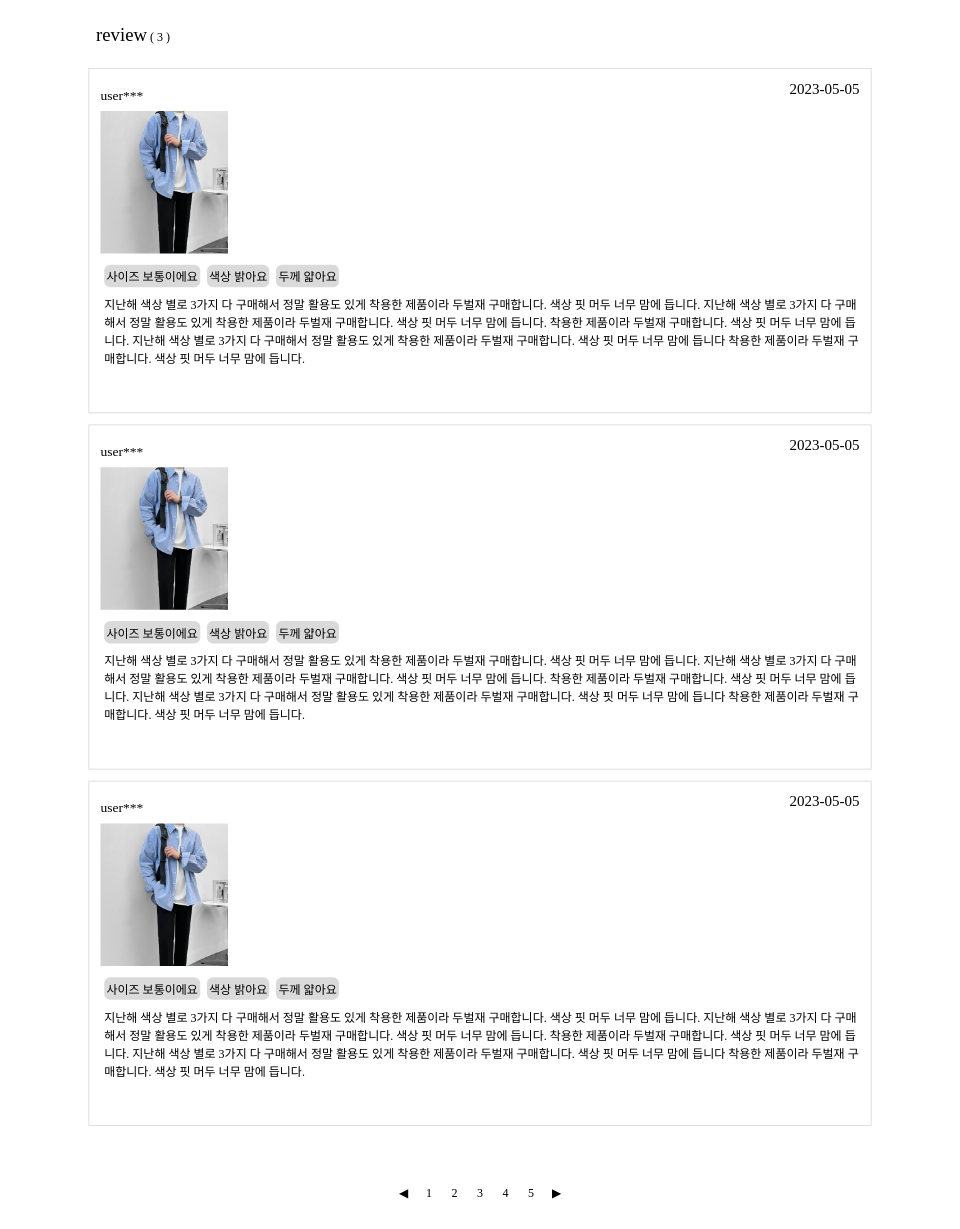
Repository: mcw9503/PassionForFashion
Page: Semi_Project/src/main/webapp/WEB-INF/reviewBoard.html
An editor plug-in stored every save of this project. The page is shown before and after the next save, followed by the edit.
The browser window is 1280 px wide. The pictures show the whole page, at 75% of full size.

Above is the page before, as saved 2023-05-08 13:53:19.

### Semi_Project/src/main/webapp/WEB-INF/reviewBoard.html
<!DOCTYPE html>
<html>
<head>
<meta charset="UTF-8">
<title>Insert title here</title>
</head>
<body>

<style>

.reviewComment {
	display: inline-block;
	background: rgb(218, 218, 218);
	border-radius: 8px;
	padding: 3px;
	color: black;
	margin-left: 5px;
}

#Paging{
 margin: auto;
 width: 100%;
 height: 50px;
 margin-top: 80px;
 text-align: center;


}

#Paging div{
 width: 30px;
 margin: auto;
 text-align: center;
 display: inline-block;
}

</style>


		<h3 style="display: inline-block; font-size: 25px; font-weight: 200; margin-left: 120px;">review</h3>
		( <span>3</span> )
	<div class="reviewWrap"
		style="margin-left: 110px; margin-right: 110px; margin-top: 5px; margin-bottom: 15px;">
		<div class="textbox" style="border: 1px solid lightgray; padding: 15px;">
			<div>
				<div class="nickName"
					style="font-size: 18px; margin-top: 10px; margin-bottom: 10px; display: inline-block; font-weight: 400;">user***</div>
				<span style="float: right; font-size: 20px; font-weight: 200;">2023-05-05</span>
			</div>
			<img src="img/review.jpg" alt=""
				style="width: 170px; height: 190px; display: inline-block; float: left; margin-bottom: 15px" />

			<div style="display: inline-block; width: 100%; margin-bottom: 30px;">
				<span class="reviewComment" style="font-weight: 400;">사이즈 보통이에요</span>
				<span class="reviewComment" style="font-weight: 400;">색상 밝아요</span>
				<span class="reviewComment" style="font-weight: 400;">두께 얇아요</span>

				<p style="margin-left: 5px; margin-top: 10px; font-weight: 200;">지난해 색상 별로 3가지 다
					구매해서 정말 활용도 있게 착용한 제품이라 두벌재 구매합니다. 색상 핏 머두 너무 맘에 듭니다. 지난해 색상 별로 3가지
					다 구매해서 정말 활용도 있게 착용한 제품이라 두벌재 구매합니다. 색상 핏 머두 너무 맘에 듭니다. 착용한 제품이라
					두벌재 구매합니다. 색상 핏 머두 너무 맘에 듭니다. 지난해 색상 별로 3가지 다 구매해서 정말 활용도 있게 착용한
					제품이라 두벌재 구매합니다. 색상 핏 머두 너무 맘에 듭니다 착용한 제품이라 두벌재 구매합니다. 색상 핏 머두 너무 맘에
					듭니다.</p>
			</div>
		</div>
	</div>

	<div class="reviewWrap"
		style="margin-left: 110px; margin-right: 110px; margin-top: 5px; margin-bottom: 15px;">
		<div class="textbox" style="border: 1px solid lightgray; padding: 15px;">
			<div>
				<div class="nickName"
					style="font-size: 18px; margin-top: 10px; margin-bottom: 10px; display: inline-block; font-weight: 400;">user***</div>
				<span style="float: right; font-size: 20px; font-weight: 200;">2023-05-05</span>
			</div>
			<img src="img/review.jpg" alt=""
				style="width: 170px; height: 190px; display: inline-block; float: left; margin-bottom: 15px" />

			<div style="display: inline-block; width: 100%; margin-bottom: 30px;">
				<span class="reviewComment" style="font-weight: 400;">사이즈 보통이에요</span>
				<span class="reviewComment" style="font-weight: 400;">색상 밝아요</span>
				<span class="reviewComment" style="font-weight: 400;">두께 얇아요</span>

				<p style="margin-left: 5px; margin-top: 10px; font-weight: 200;">지난해 색상 별로 3가지 다
					구매해서 정말 활용도 있게 착용한 제품이라 두벌재 구매합니다. 색상 핏 머두 너무 맘에 듭니다. 지난해 색상 별로 3가지
					다 구매해서 정말 활용도 있게 착용한 제품이라 두벌재 구매합니다. 색상 핏 머두 너무 맘에 듭니다. 착용한 제품이라
					두벌재 구매합니다. 색상 핏 머두 너무 맘에 듭니다. 지난해 색상 별로 3가지 다 구매해서 정말 활용도 있게 착용한
					제품이라 두벌재 구매합니다. 색상 핏 머두 너무 맘에 듭니다 착용한 제품이라 두벌재 구매합니다. 색상 핏 머두 너무 맘에
					듭니다.</p>
			</div>
		</div>
	</div>


	<div class="reviewWrap"
		style="margin-left: 110px; margin-right: 110px; margin-top: 5px; margin-bottom: 15px;">
		<div class="textbox" style="border: 1px solid lightgray; padding: 15px;">
			<div>
				<div class="nickName"
					style="font-size: 18px; margin-top: 10px; margin-bottom: 10px; display: inline-block; font-weight: 400;">user***</div>
				<span style="float: right; font-size: 20px; font-weight: 200;">2023-05-05</span>
			</div>
			<img src="img/review.jpg" alt=""
				style="width: 170px; height: 190px; display: inline-block; float: left; margin-bottom: 15px" />

			<div style="display: inline-block; width: 100%; margin-bottom: 30px;">
				<span class="reviewComment" style="font-weight: 400;">사이즈 보통이에요</span>
				<span class="reviewComment" style="font-weight: 400;">색상 밝아요</span>
				<span class="reviewComment" style="font-weight: 400;">두께 얇아요</span>

				<p style="margin-left: 5px; margin-top: 10px; font-weight: 200;">지난해 색상 별로 3가지 다
					구매해서 정말 활용도 있게 착용한 제품이라 두벌재 구매합니다. 색상 핏 머두 너무 맘에 듭니다. 지난해 색상 별로 3가지
					다 구매해서 정말 활용도 있게 착용한 제품이라 두벌재 구매합니다. 색상 핏 머두 너무 맘에 듭니다. 착용한 제품이라
					두벌재 구매합니다. 색상 핏 머두 너무 맘에 듭니다. 지난해 색상 별로 3가지 다 구매해서 정말 활용도 있게 착용한
					제품이라 두벌재 구매합니다. 색상 핏 머두 너무 맘에 듭니다 착용한 제품이라 두벌재 구매합니다. 색상 핏 머두 너무 맘에
					듭니다.</p>
			</div>
		</div>
	</div>

			<div id="Paging">
	                    <div class="prev">◀</div>
	                    <div>1</div>
	                    <div>2</div>
	                    <div>3</div>
	                    <div>4</div>
	                    <div>5</div>
	                    <div class="next">▶</div>
                </div>




</body>
</html>

After the next save:
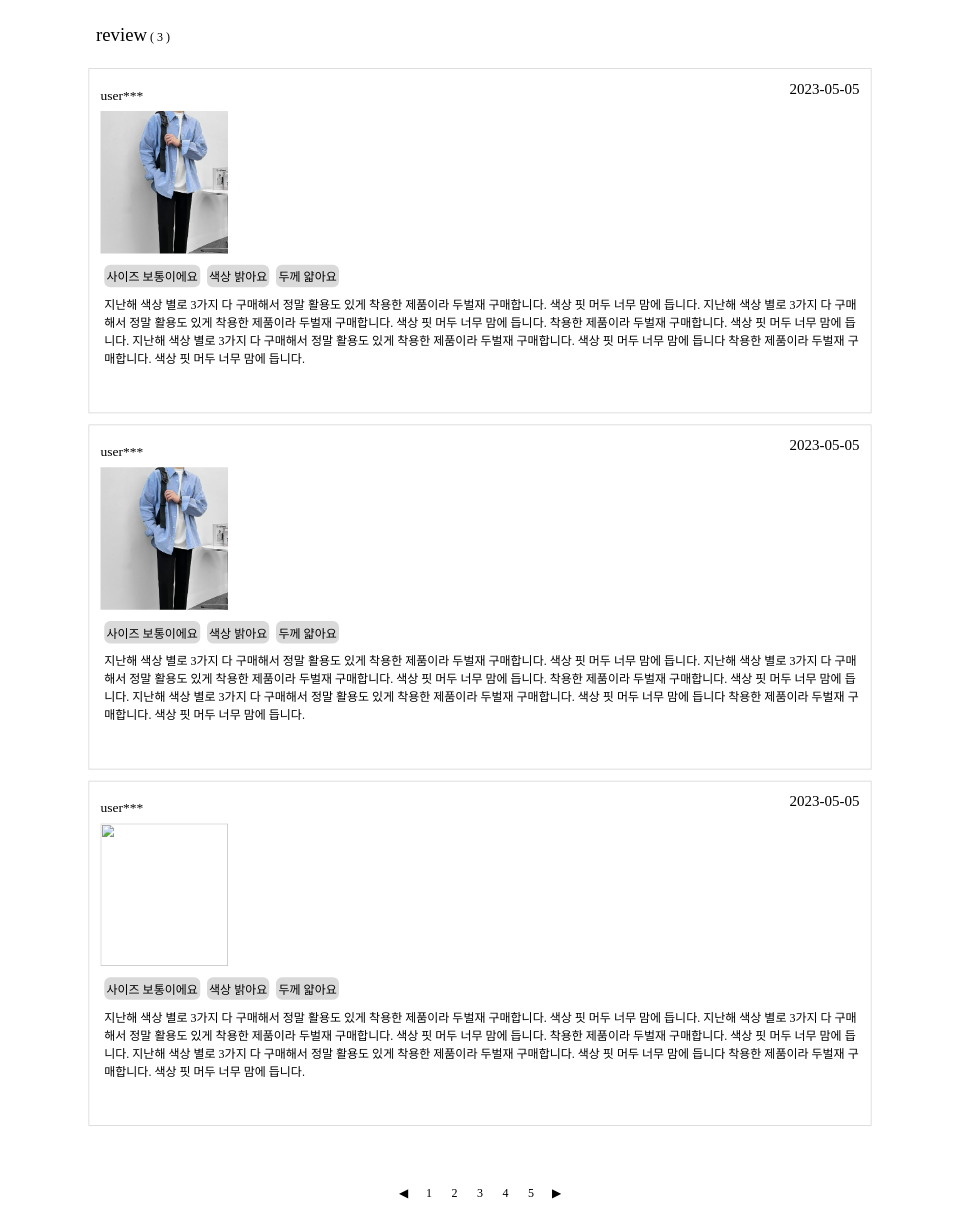
Saved 56 s later.
--- a/Semi_Project/src/main/webapp/WEB-INF/reviewBoard.html
+++ b/Semi_Project/src/main/webapp/WEB-INF/reviewBoard.html
@@ -100,7 +100,7 @@
 					style="font-size: 18px; margin-top: 10px; margin-bottom: 10px; display: inline-block; font-weight: 400;">user***</div>
 				<span style="float: right; font-size: 20px; font-weight: 200;">2023-05-05</span>
 			</div>
-			<img src="img/review.jpg" alt=""
+			<img src="" alt=""
 				style="width: 170px; height: 190px; display: inline-block; float: left; margin-bottom: 15px" />
 
 			<div style="display: inline-block; width: 100%; margin-bottom: 30px;">

After the save that followed:
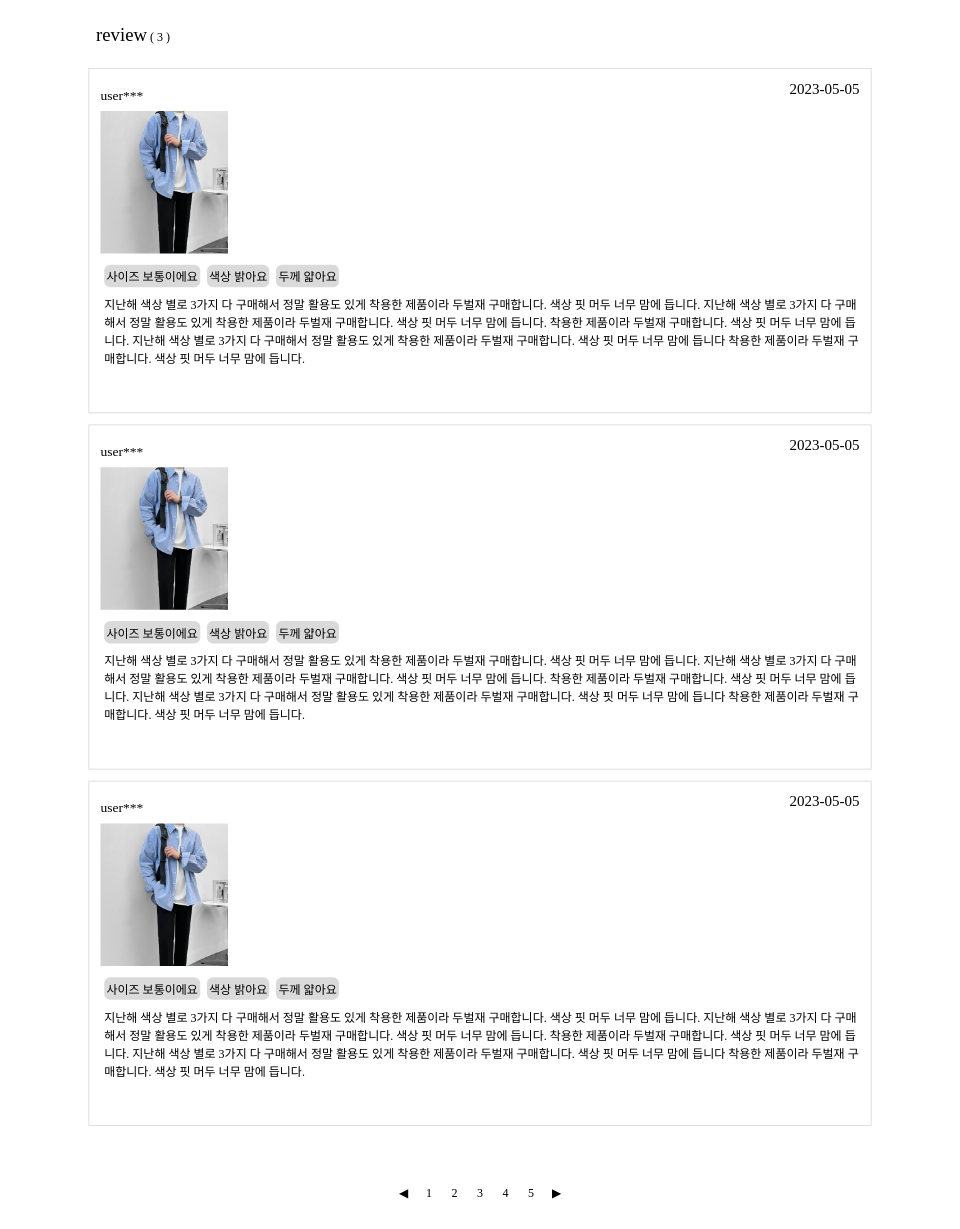
Saved 10 min 4 s later.
--- a/Semi_Project/src/main/webapp/WEB-INF/reviewBoard.html
+++ b/Semi_Project/src/main/webapp/WEB-INF/reviewBoard.html
@@ -100,7 +100,7 @@
 					style="font-size: 18px; margin-top: 10px; margin-bottom: 10px; display: inline-block; font-weight: 400;">user***</div>
 				<span style="float: right; font-size: 20px; font-weight: 200;">2023-05-05</span>
 			</div>
-			<img src="" alt=""
+			<img src="img/review.jpg" alt=""
 				style="width: 170px; height: 190px; display: inline-block; float: left; margin-bottom: 15px" />
 
 			<div style="display: inline-block; width: 100%; margin-bottom: 30px;">
